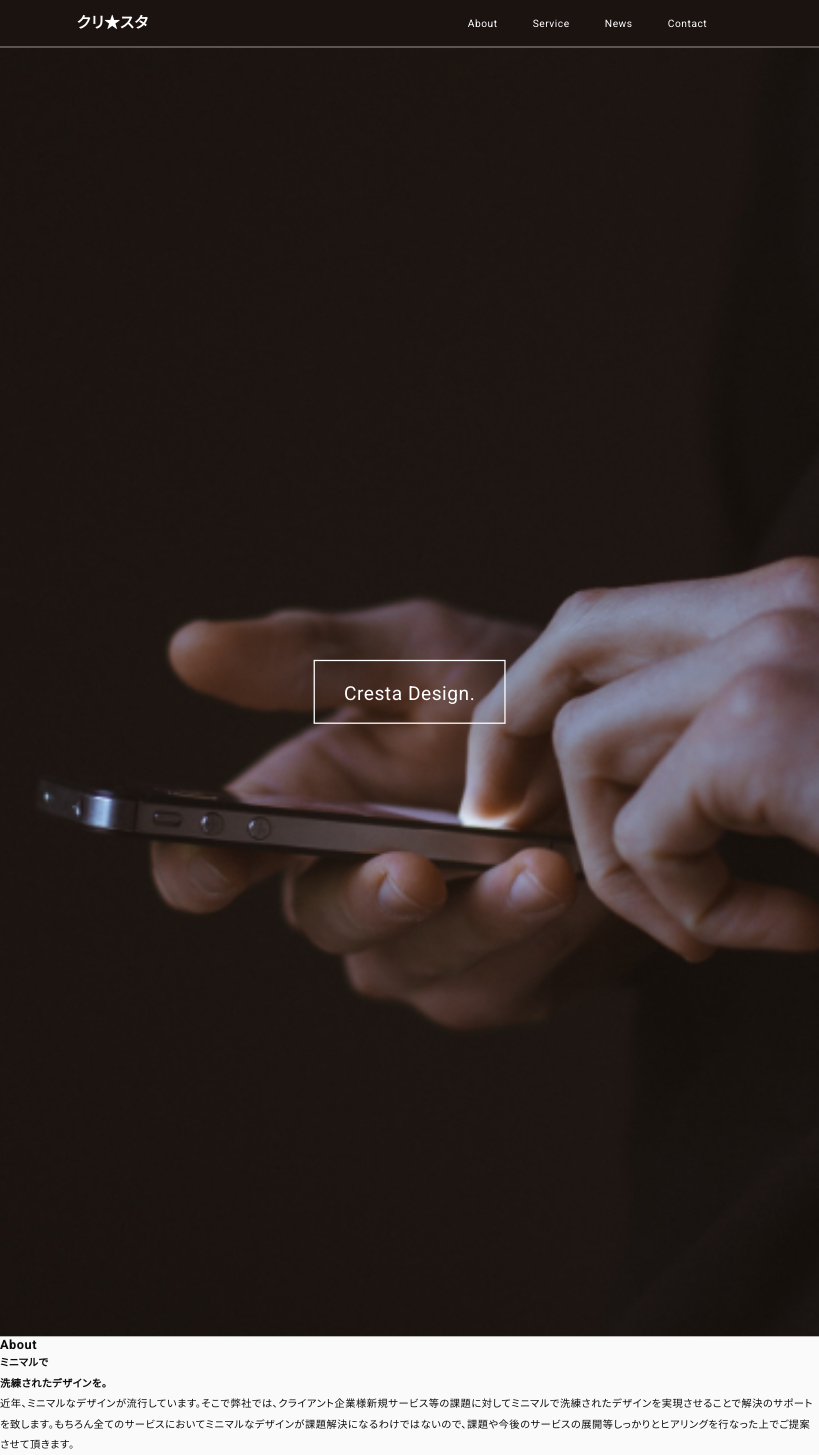
Repository: hatarakimono-kumasan/kurisuta_1st
Page: index.html
The author's editor kept a copy of each file at every save. The page is drawn from the files as they stood at one save, then again after the next save.
The browser window is 1280 px wide. The pictures show the whole page, at 64% of full size.
Some web libraries are served in a nearby version. The style sheet was rebuilt from its Sass, Less or Tailwind sources for each picture, by a compiler version that may differ from the author's.

Above is the page before, as saved 2020-05-15 05:10:18.

### index.html
<!DOCTYPE html>
<html lang="en">
	<head>
		<meta charset="UTF-8" />
		<meta name="viewport" content="width=device-width, initial-scale=1.0" />
		<meta http-equiv="X-UA-Compatible" content="ie=edge" />
		<title>Cresta.design</title>
		<meta name="keywords" content="カンマ区切りで10個以内推奨" />
		<meta name="description" content="120文字以内" />
		<meta property="og:title" content="このページのタイトル" />
		<meta property="og:type" content="TOPページはwebsite、子ページはarticle" />
		<meta property="og:url" content="このページのURL" />
		<meta property="og:image" content="1200×630以上推奨、絶対パスで指定" />
		<meta property="og:site_name" content="サイト名" />
		<meta property="og:description" content="80〜90文字推奨" />
		<meta name="twitter:card" content="summary or summary_large_image" />
		<meta name="twitter:site" content="@ユーザー名" />
		<meta name="format-detection" content="telephone=no" />
		<!-- <link rel="shortcut icon" sizes="16x16" href="ファビコン" />
		<link rel="apple-touch-icon" sizes="192x192" href="タッチアイコン" />
		<link rel="shortcut icon" sizes="192x192" href="タッチアイコン" /> -->
		<meta name="last-modified" content="Sun, 29 Dec 2019 20:30:30 GMT" />
		<link
			href="https://use.fontawesome.com/releases/v5.6.1/css/all.css"
			rel="stylesheet"
		/>
		<link rel="stylesheet" href="style.css" />
		<script
			src="https://code.jquery.com/jquery-3.4.1.min.js"
			integrity="sha256-CSXorXvZcTkaix6Yvo6HppcZGetbYMGWSFlBw8HfCJo="
			crossorigin="anonymous"
		></script>
	</head>
	<body>
		<!-- header -->
		<header class="header">
			<h1 class="site-title"><a href="./">クリ★スタ</a></h1>
			<div class="nav-wrapper">
				<nav class="header-nav">
					<ul class="nav-list">
						<li class="nav-item"><a href="#about">About</a></li>
						<li class="nav-item"><a href="#service">Service</a></li>
						<li class="nav-item"><a href="#news">News</a></li>
						<li class="nav-item"><a href="#contact">Contact</a></li>
					</ul>
				</nav>
			</div>
			<button class="burger-btn">
				<span class="bars">
					<span class="bar bar_top"></span>
					<span class="bar bar_mid"></span>
					<span class="bar bar_bottom"></span>
				</span>
			</button>
		</header>
		<!-- //header -->

		<!--first view-->
		<div class="first_view">
			<img src="img/fv-bgi_sp@2x.jpg" alt="サイトイメージ" />
			<p>Cresta Design.</p>
		</div>
		<!--//first view-->

		<main>
			<section class="about" id="about">
				<h2>About</h2>
				<h3>
					ミニマルで<br />
					洗練されたデザインを。
				</h3>
				<p>
					近年、ミニマルなデザインが流行しています。そこで弊社では、クライアント企業様新規サービス等の課題に対してミニマルで洗練されたデザインを実現させることで解決のサポートを致します。もちろん全てのサービスにおいてミニマルなデザインが課題解決になるわけではないので、課題や今後のサービスの展開等しっかりとヒアリングを行なった上でご提案させて頂きます。
				</p>
			</section>
		</main>
		<script src="drawer.js"></script>
	</body>
</html>

### drawer.js
$(".burger-btn").on("click", function () {
	//.btn_triggerをクリックすると
	$(".burger-btn").toggleClass("close"); //.btn_triggerにcloseクラスを付与(ボタンのアニメーション)
	$(".nav-wrapper").fadeToggle(500); //.nav-wrapperが0.5秒でフェードイン(メニューのフェードイン)
	$("body").toggleClass("noscroll"); //bodyにnoscrollクラスを付与(スクロールを固定)
});

if ($(window).width() < 768) {
	//デバイスの幅が768以下のとき
	$(".nav-item>a").on("click", function () {
		//.nav-item>aをクリックすると
		$(".nav-wrapper").fadeOut(500); //.nav-wrapperが0.5秒でフェードアウト(メニューのフェードアウト)
		$(".burger-btn").removeClass("close"); //.btn_triggerのcloseクラスを削除
		$("body").removeClass("noscroll"); //bodyのnoscrollクラスを削除
	});
}

### style.scss
/* ======================================
 Foundation
====================================== */

@import "scss/foundation/settings";
@import "scss/foundation/mixin";
@import "scss/foundation/reset";
@import "scss/foundation/base";

/* ======================================
 Layout
====================================== */

@import "scss/layout/header";
// @import 'layout/nav';
@import "scss/layout/main";
// @import 'layout/footer';

/* ======================================
 Object
====================================== */

/**
 Component
----------------------------------- */

// @import 'object/component/';

/**
 Project
----------------------------------- */

// @import 'object/project/';

/**
 Utility
----------------------------------- */
// @import 'object/utility/';

### scss/foundation/_mixin.scss
// --------------------------------------------------------
//  mixin (mobile to pc)
// --------------------------------------------------------

$tab: 768px;
$lap: 1024px;
$pc: 1200px;

@mixin tab {
	@media screen and (min-width: ($tab)) {
		@content;
	}
}

@mixin lap {
	@media screen and (min-width: ($lap)) {
		@content;
	}
}

@mixin pc {
	@media screen and (min-width: ($pc)) {
		@content;
	}
}

### scss/foundation/_reset.scss
html,
body,
div,
span,
object,
iframe,
h1,
h2,
h3,
h4,
h5,
h6,
p,
blockquote,
pre,
abbr,
address,
cite,
code,
del,
dfn,
em,
img,
ins,
kbd,
q,
samp,
small,
strong,
sub,
sup,
var,
b,
i,
dl,
dt,
dd,
ol,
ul,
li,
fieldset,
form,
label,
legend,
table,
caption,
tbody,
tfoot,
thead,
tr,
th,
td,
article,
aside,
canvas,
details,
figcaption,
figure,
footer,
header,
hgroup,
menu,
nav,
section,
summary,
time,
mark,
audio,
video {
	margin: 0;
	padding: 0;
	border: 0;
	outline: 0;
	font-size: 100%;
	vertical-align: baseline;
	background: transparent;
}
body {
	line-height: 1;
}
article,
aside,
details,
figcaption,
figure,
footer,
header,
hgroup,
menu,
nav,
section,
main {
	display: block;
}
ol,
ul {
	list-style: none;
}
blockquote,
q {
	quotes: none;
}
blockquote:before,
blockquote:after,
q:before,
q:after {
	content: "";
	content: none;
}
a {
	margin: 0;
	padding: 0;
	font-size: 100%;
	vertical-align: baseline;
	background: transparent;
}
ins {
	background-color: #ff9;
	color: #333;
	text-decoration: none;
}
mark {
	background-color: #ff9;
	color: #333;
	font-style: italic;
	font-weight: bold;
}
del {
	text-decoration: line-through;
}
abbr[title],
dfn[title] {
	border-bottom: 1px dotted;
	cursor: help;
}
table {
	border-collapse: collapse;
	border-spacing: 0;
}
hr {
	display: block;
	height: 1px;
	border: 0;
	border-top: 1px solid #cccccc;
	margin: 1em 0;
	padding: 0;
}
input,
select {
	vertical-align: middle;
}

### scss/foundation/_base.scss
/*
  Base
---------------------------------------------- */
html {
	box-sizing: border-box;
	height: 100%;
}
*,
*:before,
*:after {
	box-sizing: inherit;
}
body {
	height: 100%;
	font-feature-settings: "palt";
	color: #0d0d0d;
	background-color: #fafafa;
}
img {
	max-width: 100%;
	height: auto;
	vertical-align: bottom;
}
a {
	color: inherit;
}
input,
textarea {
	font-family: inherit;
	font-size: 100%;
}

/*
font
------------------------------------------*/
@import url("https://fonts.googleapis.com/css2?family=Roboto:wght@400;700&display=swap");
body {
	font-family: Roboto, "Noto Sans JP", 游ゴシック, "Yu Gothic", 游ゴシック体,
		YuGothic, "ヒラギノ角ゴ Pro W3", "Hiragino Kaku Gothic Pro", "Meiryo UI",
		メイリオ, Meiryo, sans-serif;
	font-size: medium;
	letter-spacing: 0.05em;
	word-break: break-all;
}
h1,
h2,
h3,
h4,
h5,
strong {
	font-weight: bold;
}

/*レスポンシブでのフォントサイズ
-------------------------------------------------*/
html {
	font-size: 62.5%;
}
body {
	font-size: 1.6rem; /* 16px*/
	line-height: 2;
}
h1 {
	font-size: 36px; /* IE8以下とAndroid4.3以下用フォールバック */
	font-size: calc(2.4rem + ((1vw - 0.64rem) * 2.1429)); /* 24px~36pxで可変*/
	line-height: 1.3;
}
h2 {
	font-size: 24px; /* IE8以下とAndroid4.3以下用フォールバック */
	font-size: calc(2rem + ((1vw - 0.64rem) * 0.7143)); /* 20px~24pxで可変*/
	line-height: 1.3;
}
@media (min-width: ($pc)) {
	/* 1200px以上*/
	h1 {
		font-size: 3.6rem; /* 36px*/
	}
	h2 {
		font-size: 2.4rem; /* 24px*/
	}
}
@media screen and (min-width: ($tab)) {
	/* 768px以下*/
	body {
		line-height: 2;
	}
	h1 {
		font-size: 2.4rem; /* 24px*/
	}
	h2 {
		font-size: 2rem; /* 20px*/
	}
}

### scss/layout/_header.scss
// body {
// 	color: #141414;
// 	font-size: 1.4rem;
// 	line-height: 1.8;
// 	letter-spacing: 0.05em;

// 	font-family: "Roboto", sans-serif, "Noto Sans JP", sans-serif;
// }
.noscroll {
	overflow: hidden;
}
/* img {
	width: 100%;
	vertical-align: bottom;
} */
a {
	text-decoration: none;
	color: #fff;
}
// .section-title {
// 	font-size: 3.6rem;
// 	font-weight: bold;
// 	text-align: center;
// 	letter-spacing: 0.05em;
// 	margin-bottom: 70px;
// }
// h3 {
// 	font-size: 2.4rem;
// 	font-weight: bold;
// 	line-height: 2;
// 	letter-spacing: 0.1em;
// 	margin-bottom: 40px;
// }
// .section-wrapper {
// 	padding: 100px 10% 50px;
// }

/* ------------------ */
/* header */
/* ------------------ */
.header {
	background-color: #1b1310;
	color: #fff;
	height: 74px;
	display: flex;
	justify-content: space-between;
	align-items: center;
	padding: 0 120px;
	border-bottom: 1px solid #fff;

	h1 {
		// font-size: 3.6rem;
	}
}
.nav-list {
	/* navの横並び */
	display: flex;
}
.nav-item {
	/* メニューの右側に余白 */
	margin-right: 55px;
}
.burger-btn {
	display: none;
}

@media screen and (max-width: 768px) {
	/* ----------------------- */
	/* base_sp
/* ----------------------- */

	// h3 {
	// 	font-size: 2rem;
	// 	margin-bottom: 30px;
	// }
	// .section-wrapper {
	// 	padding: 100px 5% 50px;
	// }
	/* ------------------ */
	/* humberger-menu */
	/* ------------------ */
	.header {
		padding: 0 5%;
	}
	.burger-btn {
		display: block;
		width: 39px;
		height: 39px;
		position: relative;
		z-index: 3;
		/*   codepenの挙動のため */
		background-color: transparent;
		border: none;
	}
	.bar {
		width: 20px;
		height: 1px;
		display: block;
		position: absolute;
		left: 50%;
		transform: translateX(-50%);
		background-color: #fff;
	}
	.bar_top {
		top: 10px;
	}
	.bar_mid {
		top: 50%;
		transform: translate(-50%, -50%);
	}
	.bar_bottom {
		bottom: 10px;
	}
	.burger-btn.close .bar_top {
		transform: translate(-50%, 10px) rotate(45deg);
		transition: transform 0.3s;
	}
	.burger-btn.close .bar_mid {
		opacity: 0;
		transition: opacity 0.3s;
	}
	.burger-btn.close .bar_bottom {
		transform: translate(-50%, -8px) rotate(-45deg);
		transition: transform 0.3s;
	}
	.nav-wrapper {
		display: none;
		width: 100vw;
		height: 100vh;
		position: fixed;
		top: 0;
		left: 0;
		z-index: 2; /*キービジュアルと.btn_triggerとの重なりの前後関係を調整*/
	}
	.header-nav {
		width: 100%;
		height: 100%;
		background-color: #1b1310;
		z-index: 2;
	}
	.header-nav .nav-list {
		display: block;
		position: absolute;
		top: 50%;
		left: 50%;
		transform: translate(-50%, -50%);
		text-align: center;
	}
	.header-nav .nav-item {
		margin-right: 0;
		margin-bottom: 40px;
	}
}

### scss/layout/_main.scss
/*=======================================
first view
=========================================*/
.first_view {
	width: 100%;
	position: relative;

	img {
		min-width: 100%;
	}
	p {
		width: 300px;
		height: 100px;
		border: #fff 2px solid;
		color: #fff;
		position: absolute;
		transform: translateY(-50%);
		font-size: 3rem;
		top: 50%;
		left: 50%;
		text-align: center;
		transform: translate(-50%, -50%);
		line-height: 100px;
	}
}

/*=============================================
about
===============================================*/

Loaded but not shown: scss/foundation/_settings.scss (no stored copy; drawn as an empty file)

After the next save:
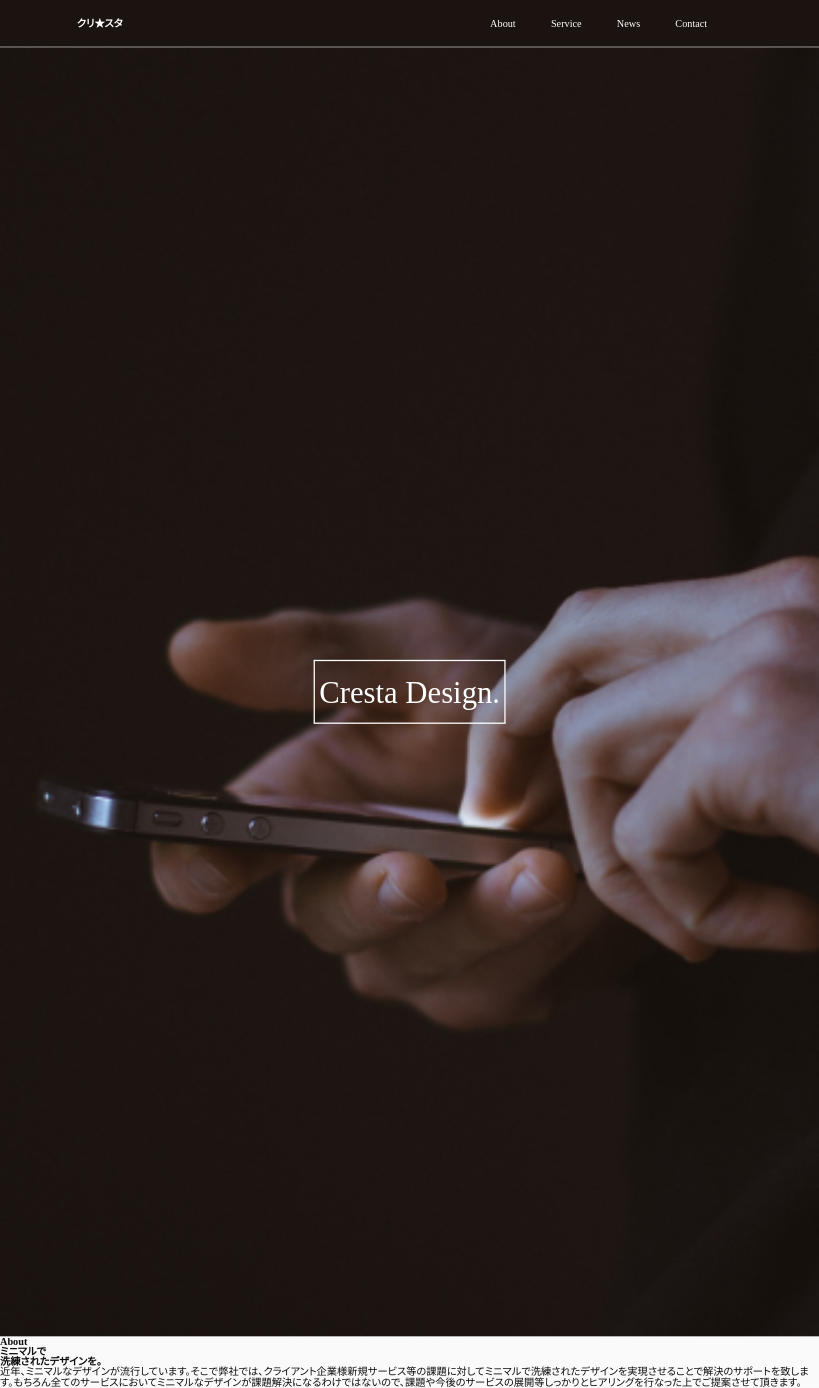
Saved 61 s later.
--- a/scss/foundation/_base.scss
+++ b/scss/foundation/_base.scss
@@ -29,65 +29,3 @@ textarea {
 	font-family: inherit;
 	font-size: 100%;
 }
-
-/*
-font
-------------------------------------------*/
-@import url("https://fonts.googleapis.com/css2?family=Roboto:wght@400;700&display=swap");
-body {
-	font-family: Roboto, "Noto Sans JP", 游ゴシック, "Yu Gothic", 游ゴシック体,
-		YuGothic, "ヒラギノ角ゴ Pro W3", "Hiragino Kaku Gothic Pro", "Meiryo UI",
-		メイリオ, Meiryo, sans-serif;
-	font-size: medium;
-	letter-spacing: 0.05em;
-	word-break: break-all;
-}
-h1,
-h2,
-h3,
-h4,
-h5,
-strong {
-	font-weight: bold;
-}
-
-/*レスポンシブでのフォントサイズ
--------------------------------------------------*/
-html {
-	font-size: 62.5%;
-}
-body {
-	font-size: 1.6rem; /* 16px*/
-	line-height: 2;
-}
-h1 {
-	font-size: 36px; /* IE8以下とAndroid4.3以下用フォールバック */
-	font-size: calc(2.4rem + ((1vw - 0.64rem) * 2.1429)); /* 24px~36pxで可変*/
-	line-height: 1.3;
-}
-h2 {
-	font-size: 24px; /* IE8以下とAndroid4.3以下用フォールバック */
-	font-size: calc(2rem + ((1vw - 0.64rem) * 0.7143)); /* 20px~24pxで可変*/
-	line-height: 1.3;
-}
-@media (min-width: ($pc)) {
-	/* 1200px以上*/
-	h1 {
-		font-size: 3.6rem; /* 36px*/
-	}
-	h2 {
-		font-size: 2.4rem; /* 24px*/
-	}
-}
-@media screen and (min-width: ($tab)) {
-	/* 768px以下*/
-	body {
-		line-height: 2;
-	}
-	h1 {
-		font-size: 2.4rem; /* 24px*/
-	}
-	h2 {
-		font-size: 2rem; /* 20px*/
-	}
-}
